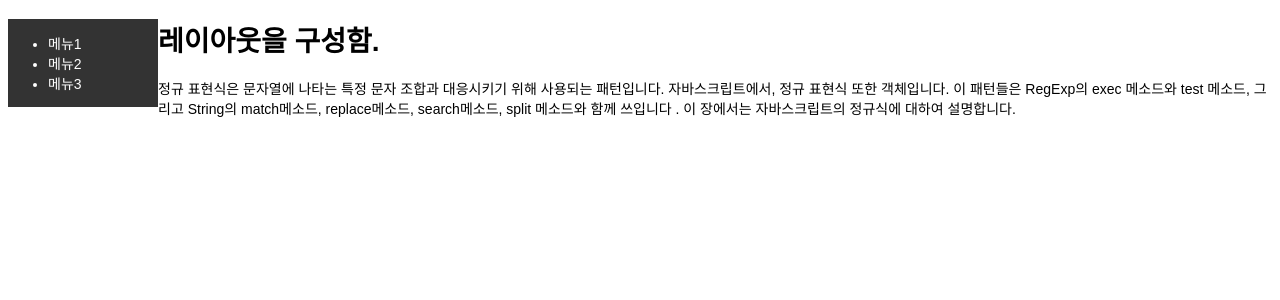
Repository: yoojisoo/YONSAI
Page: http://localhost/teatJava/
These files come from the project's save history. The page is drawn as it stood at one moment and after the next save; the edit follows.
The browser window is 1280 px wide. The pictures show the whole page.
The page is served by Tomcat 9.

Above is the page before, as saved 2021-08-23 05:26:53.

After the next save:
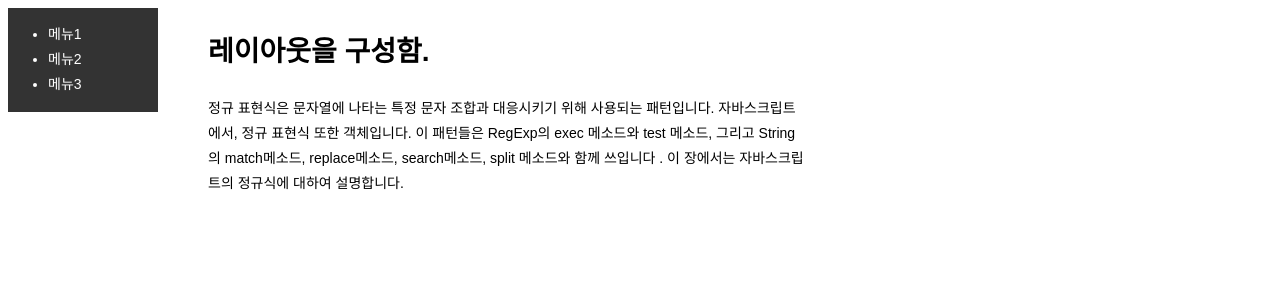
Saved 112 s later.
--- a/jsworkspace/teatJava/src/main/webapp/index.jsp
+++ b/jsworkspace/teatJava/src/main/webapp/index.jsp
@@ -6,26 +6,66 @@
 <meta charset="UTF-8">
 <title>웹페이지 레이아웃</title>
 <style>
-	body{
-		font:14px Arial
-	}
+    body{
+     font:14px/1.8 Arial, Helvetica, sans-serif;
+   }
+   .frame{
+      width : 800px;
+      margin : 0 auto;
+      border : 1px solid #aaa;
+   }
+   .header{
+      padding : 40px 10px;
+      text-align : center;
+      background: #eee;
+      margin-bottom: 20px;
+   }
+   .logo{
+      font-size: 2em;
+      font-weight: bold;
+      background: #5457de;
+      color : #fff;
+      display : inline-block;
+      padding : 0 8px;
+   }
+   .container{
+      overflow: hidden;
+   }
+   .nav{
+      float : left;
+      width : 150px;
+      background: #333;
+      color : #fff;
+      margin-right: 50px;
+   }
+   .nav-list{
+      list-style: none;
+      margin: 0;
+      padding: 10px 0;
+   }
+   .nav-item{
+      margin: 4px 0;
+   }
+   .nav-link{
+      display : block;
+      text-decoration: none;
+      color : #fff;
+      padding: 4px 10px;
+   }
+   .nav-link:hover{
+      background: #5457de;
+   }
+   .content{
+      float : left;
+      width : 600px;
+   }
+   .footer{
+      text-align: center;
+      border-top: 1px solid #aaa;
+      margin: 20px 20px 0;
+      font-size: 12px;
+   }
 
-	.frame{
-		width : 800px;
-		margin : 0 auto;
-		border : 1px colid #aaa;
-	}
-	.container{
-		overflow : hiden;
-	}
-	.nav{
-		float : left;
-		width : 150px;
-		background: #333;
-		color : #fff;
-		margin-
-
-	}
 
 
 </style>
